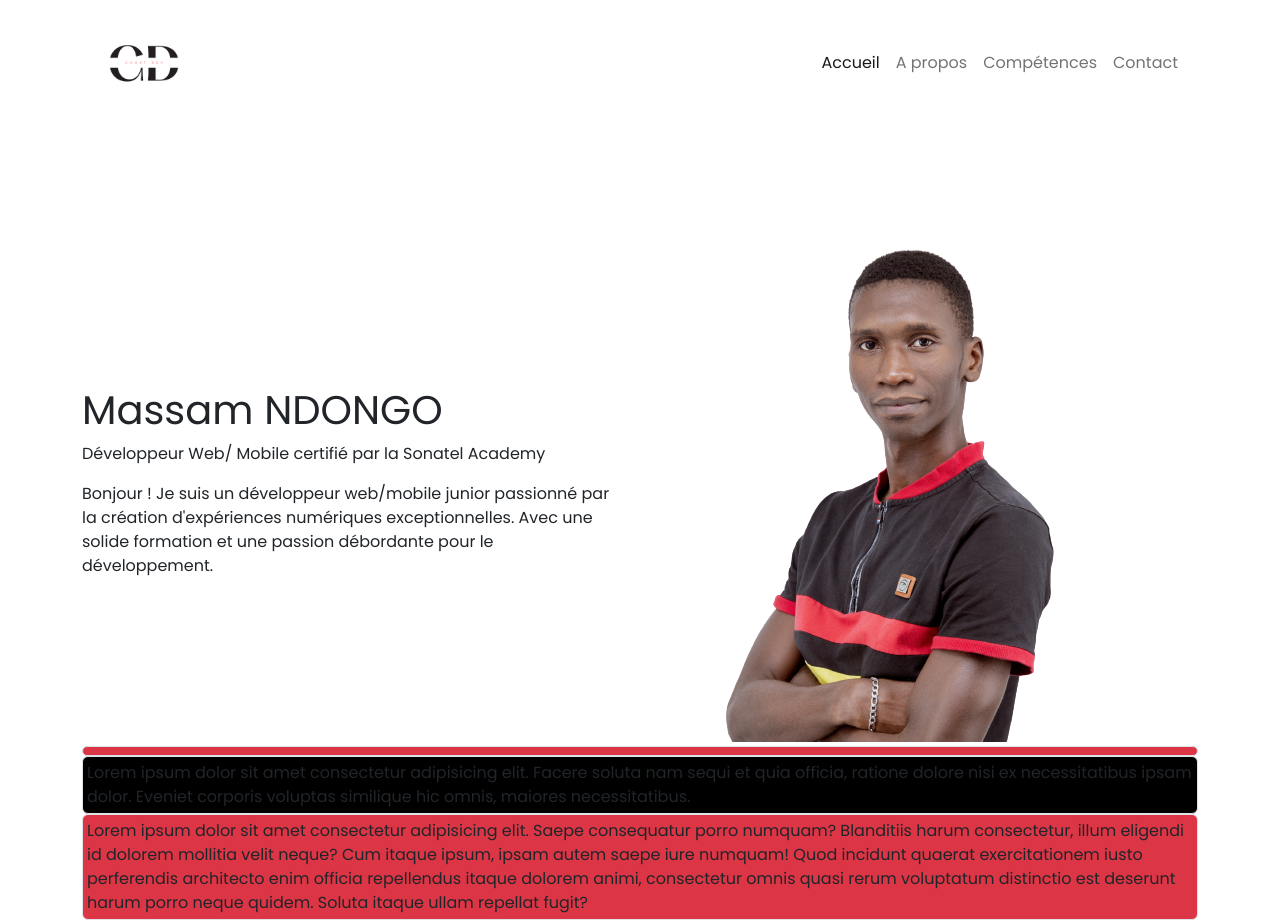
Repository: massndongo/portfolio1
Page: index.html
These files come from the project's save history. The page is drawn as it stood at one moment and after a run of saves; the edit follows.
The browser window is 1280 px wide. The pictures show the whole page.

Above is the page before, as saved 2023-05-29 18:31:02.

### index.html
<!DOCTYPE html>
<html>
<head>
    <meta charset='utf-8'>
    <meta http-equiv='X-UA-Compatible' content='IE=edge'>
    <title>Portfolio Massam NDONGO</title>
    <meta name='viewport' content='width=device-width, initial-scale=1'>
    <link rel="stylesheet" href="https://cdn.jsdelivr.net/npm/bootstrap@5.2.3/dist/css/bootstrap.min.css" integrity="sha384-rbsA2VBKQhggwzxH7pPCaAqO46MgnOM80zW1RWuH61DGLwZJEdK2Kadq2F9CUG65" crossorigin="anonymous">
    <link rel="stylesheet" href="./assets/css/main.css">
</head>
<body>
    <div class="container">

        <!-- navbar -->
        <nav class="navbar navbar-expand-lg bg-body-tertiary container">
            <div class="container-fluid">
              <a class="navbar-brand" href="#"><img class="img-thumbnail border-0" width="100px" height="100px" src="./assets/images/logo.png" alt="" srcset=""></a>
              <button class="navbar-toggler" type="button" data-bs-toggle="collapse" data-bs-target="#navbarText" aria-controls="navbarText" aria-expanded="false" aria-label="Toggle navigation">
                <span class="navbar-toggler-icon"></span>
              </button>
              <div class="collapse navbar-collapse d-flex flex-row justify-content-end" id="navbarText">
                <div>
                    <ul class="navbar-nav me-auto mb-2 mb-lg-0">
                      <li class="nav-item">
                        <a class="nav-link active" aria-current="page" href="#">Accueil</a>
                      </li>
                      <li class="nav-item">
                        <a class="nav-link" href="#propos" onclick="scrollToSection('propos')">A propos</a>
                      </li>
                      <li class="nav-item">
                        <a class="nav-link" href="#skills" onclick="scrollToSection('skills')">Compétences</a>
                      </li>
                      <li class="nav-item">
                        <a class="nav-link" href="#contact" onclick="scrollToSection('contact')">Contact</a>
                      </li>
                    </ul>
                </div>
              </div>
            </div>
        </nav>
        <!-- End Navbar -->
        <div id="back-to-top">↑</div>

        <div class="contenu">

            <div class="propos d-flex row flex-row justify-content-center" id="propos">
                <div class="col-lg-6 col-md-12 mb-1 align-middle text-start d-flex flex-column justify-content-center animated-text">
                    <h1 class="">Massam NDONGO</h1>
                    <p class="">Développeur Web/ Mobile certifié par la Sonatel Academy</p>
                    <p>
                        Bonjour ! Je suis un développeur web/mobile junior passionné par la création d'expériences numériques exceptionnelles.
                        Avec une solide formation et une passion débordante pour le développement.

                    </p>
                </div>
                <div class="col-lg-6 col-md-12">
                    <img src="./assets/images/mass.png" class="img-thumbnail border-0 animated-text" alt="" srcset="">
                </div>
            </div>

            <div class="skills img-thumbnail bg-danger" id="skills">

            </div>

            <div class="projets img-thumbnail bg-black">
                Lorem ipsum dolor sit amet consectetur adipisicing elit. Facere soluta nam sequi et quia officia, ratione dolore nisi ex necessitatibus ipsam dolor. Eveniet corporis voluptas similique hic omnis, maiores necessitatibus.
            </div>

            <div class="contact img-thumbnail bg-danger" id="contact">
                Lorem ipsum dolor sit amet consectetur adipisicing elit. Saepe consequatur porro numquam? Blanditiis harum consectetur, illum eligendi id dolorem mollitia velit neque? Cum itaque ipsum, ipsam autem saepe iure numquam!
                Quod incidunt quaerat exercitationem iusto perferendis architecto enim officia repellendus itaque dolorem animi, consectetur omnis quasi rerum voluptatum distinctio est deserunt harum porro neque quidem. Soluta itaque ullam repellat fugit?

            </div>
        </div>


        <footer></footer>

    </div>


    <!-- script -->
    <script src="https://cdn.jsdelivr.net/npm/bootstrap@5.2.3/dist/js/bootstrap.min.js" integrity="sha384-cuYeSxntonz0PPNlHhBs68uyIAVpIIOZZ5JqeqvYYIcEL727kskC66kF92t6Xl2V" crossorigin="anonymous"></script>
    <script src="https://cdn.jsdelivr.net/npm/bootstrap@5.2.3/dist/js/bootstrap.bundle.min.js" integrity="sha384-kenU1KFdBIe4zVF0s0G1M5b4hcpxyD9F7jL+jjXkk+Q2h455rYXK/7HAuoJl+0I4" crossorigin="anonymous"></script>
    <script src='./assets/js/main.js'></script>
</body>
</html>

### assets/css/main.css
@font-face {
    font-family: 'Poppins Regular';
    src: url('../fonts/poppins/Poppins-Regular.ttf') format('truetype');
  }

  /* Utilisation de la police */
  body {
    font-family: 'Poppins Regular', sans-serif;
  }

.contenu {
    margin-top: 10%;
}

.animated-text {
    animation: fade-in-out 4s normal;
    }

    @keyframes fade-in-out {
    0% {
        opacity: 1;
    }
    50% {
        opacity: 0;
    }
    100% {
        opacity: 1;
    }
}


#back-to-top {
    display: none;
    position: fixed;
    bottom: 20px;
    right: 20px;
    width: 40px;
    height: 40px;
    background-color: #ccc;
    border-radius: 50%;
    text-align: center;
    line-height: 40px;
    cursor: pointer;
  }

### assets/js/main.js
  // Sélectionnez tous les liens de la navbar avec la classe "nav-link"
  var navLinks = document.querySelectorAll('.nav-link');

  // Parcourez tous les liens et ajoutez un gestionnaire d'événement pour le clic
  navLinks.forEach(function(link) {
    link.addEventListener('click', function(event) {
      event.preventDefault(); // Empêche le comportement par défaut du navigateur
      var target = this.getAttribute('href'); // Récupère l'attribut href du lien
      scrollToSection(target); // Appelle la fonction de défilement vers la section cible
    });
  });

  // Fonction pour déplacer l'utilisateur vers une section spécifique
  function scrollToSection(sectionId) {
    var section = document.querySelector(sectionId);
    if (section) {
      section.scrollIntoView({ behavior: 'smooth' });
    }
  }


  var backToTopBtn = document.getElementById("back-to-top");

  // Afficher ou masquer le bouton en fonction du défilement de la page
  window.addEventListener("scroll", function() {
    if (window.pageYOffset > 100) {
      backToTopBtn.style.display = "block";
    } else {
      backToTopBtn.style.display = "none";
    }
  });

  // Faire défiler vers le haut de la page lorsque le bouton est cliqué
  backToTopBtn.addEventListener("click", function() {
    window.scrollTo({
      top: 0,
      behavior: "smooth"
    });
  });

After the next 6 saves:
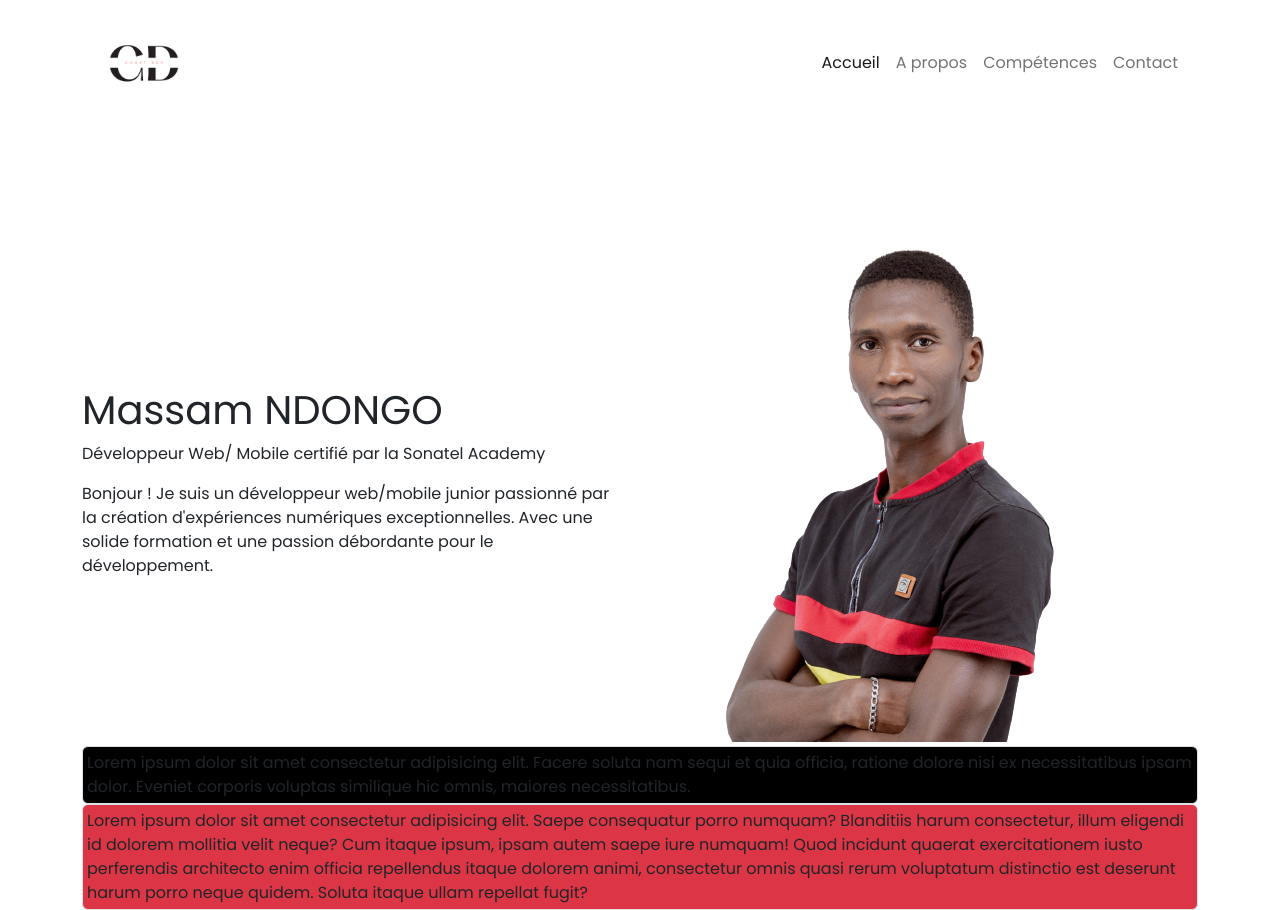
The 6 saves are shown as one change because they came seconds apart.
The last was saved 2 min 27 s later.
--- a/index.html
+++ b/index.html
@@ -58,7 +58,7 @@
                 </div>
             </div>
 
-            <div class="skills img-thumbnail bg-danger" id="skills">
+            <div class="skills d-flex flex" id="skills">
 
             </div>
 
